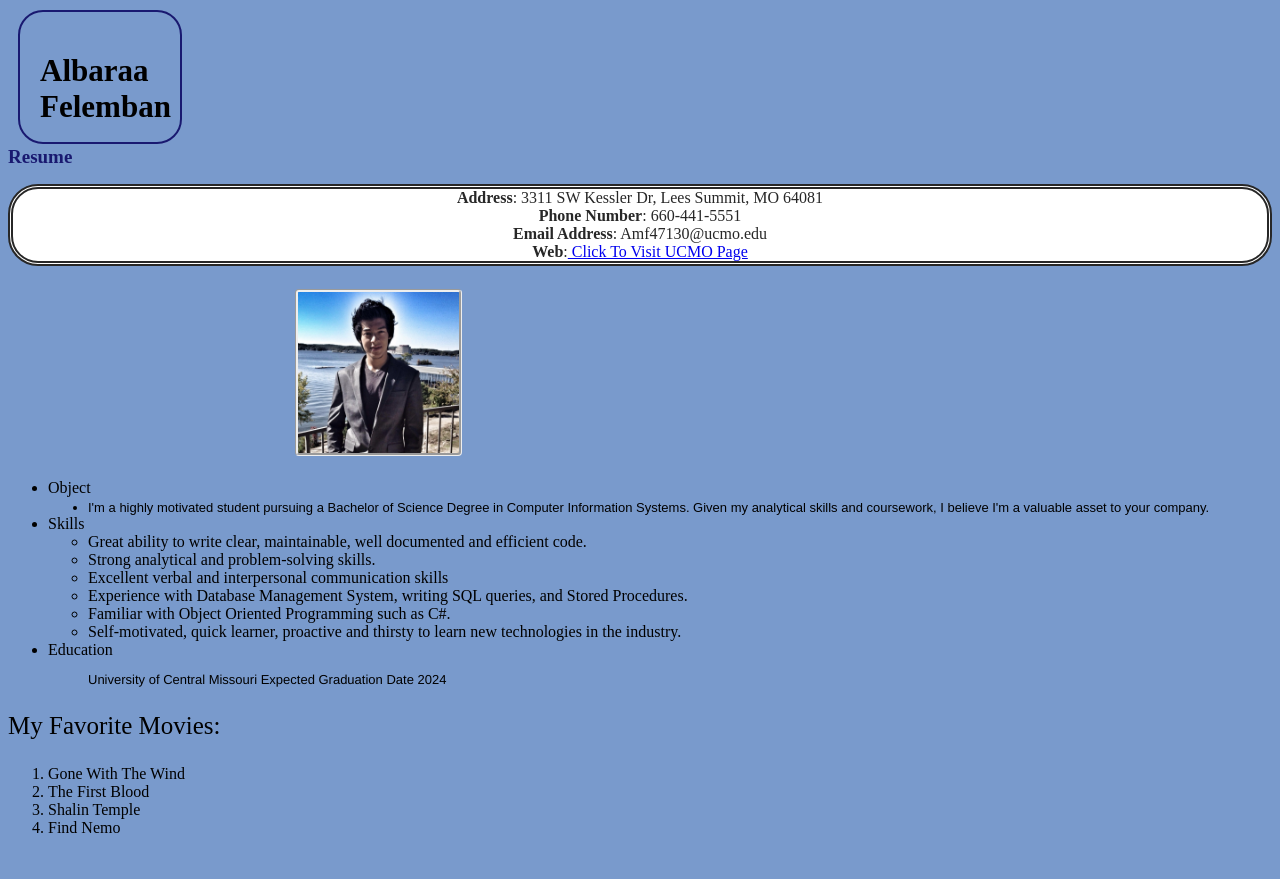
Repository: MrFelemban/RealEstate_Web-cis2625
Page: lesson1/index.html
The author's editor kept a record of every edit. The page is drawn from the files as they stood at one moment, then again after the next edit.
The browser window is 1280 px wide. The pictures show the whole page.

Above is the page before.

After the next edit:
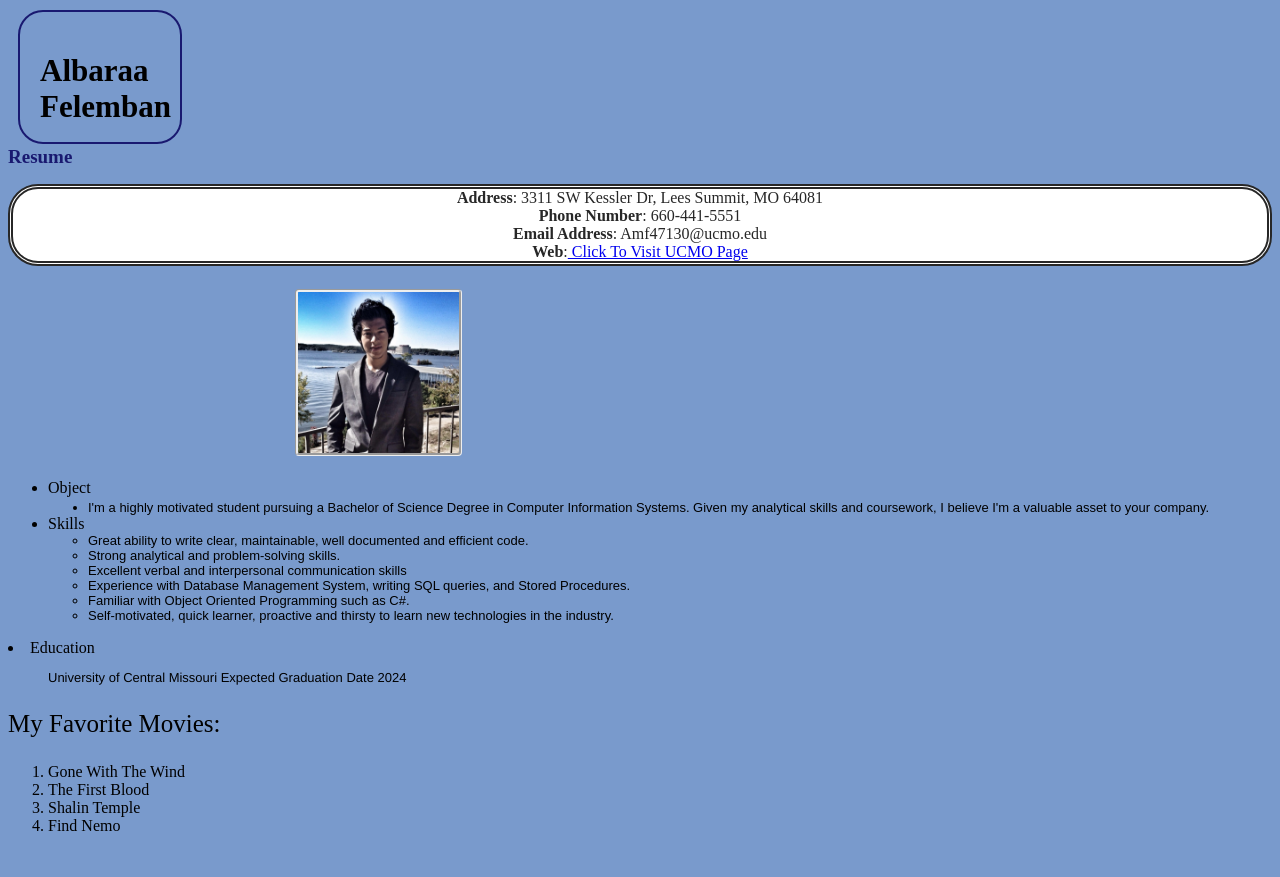
The edit:
--- a/lesson1/index.html
+++ b/lesson1/index.html
@@ -33,6 +33,7 @@
 
 		</tr>
 		<li>Skills</li>
+		<div class="Skills">
 		<tr>
 			<ul>
 
